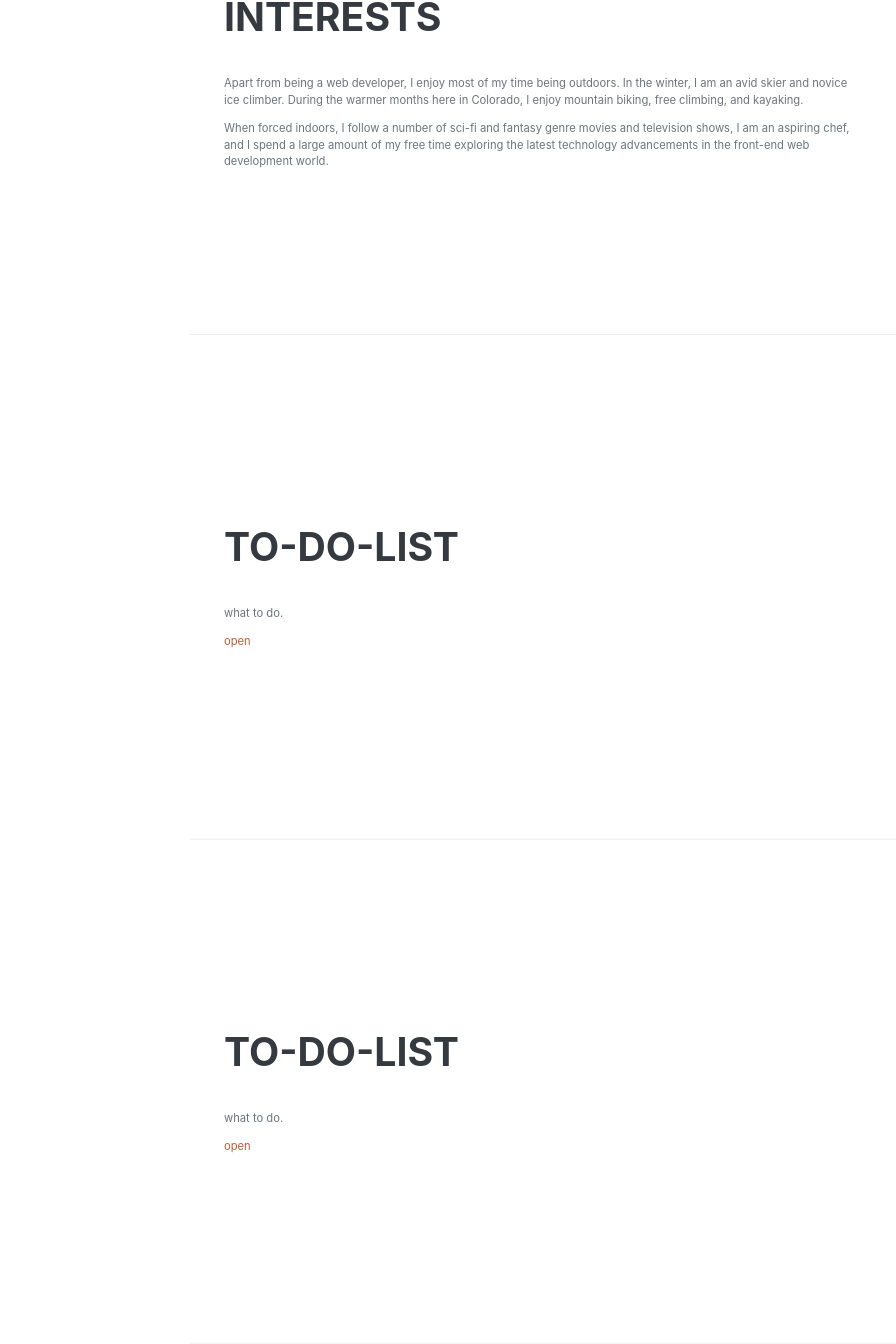
Repository: minsuk1/portfolio
Page: index.html
The author's editor kept a copy of each file at every save. The page is drawn from the files as they stood at one save, then again after the next save.
The browser window is 1280 px wide. The pictures show the part of the page from y = 3396 to 5316 px (the page is 5316 px tall), at 70% of full size.
Some web fonts or font styles are not loaded; a fallback is used.

Above is the page before, as saved 2021-01-01 11:44:13.

After the next save:
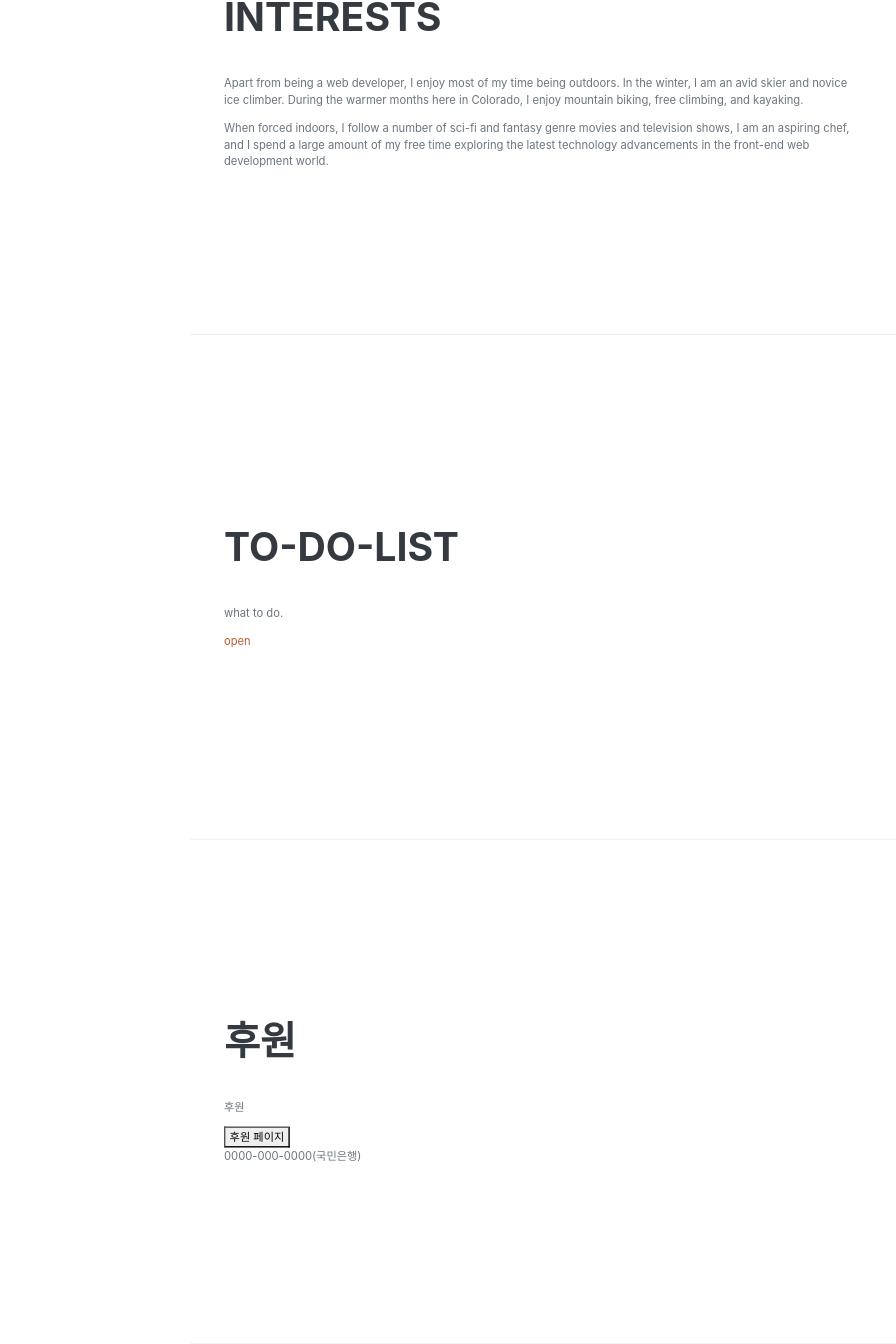
Saved 84 s later.
--- a/index.html
+++ b/index.html
@@ -181,17 +181,10 @@
             <!-- 후원-->
             <section class="resume-section" id="to-do-list">
                 <div class="resume-section-content">
-                    <h2 class="mb-5">to-do-list</h2>
-                    <p>what to do.</p>
-                    <a href="#" data-popup-open="example">open</a>
-                    <div class="popup" data-popup="example">
-                        <div class="popup-inner">
-                        <div class="popup-contents">
-                        <a class="popup-close" data-popup-close="example" href="#">X</a>
-                        할일
-                        </div>
-                        </div>
-                    </div>
+                    <h2 class="mb-5">후원</h2>
+                    <p>후원</p>
+                    <button id='btn1'>후원 페이지</button>
+                    <div class='wrap'>0000-000-0000(국민은행)</div>
                 </div>
             </section>
             <hr class="m-0" />
